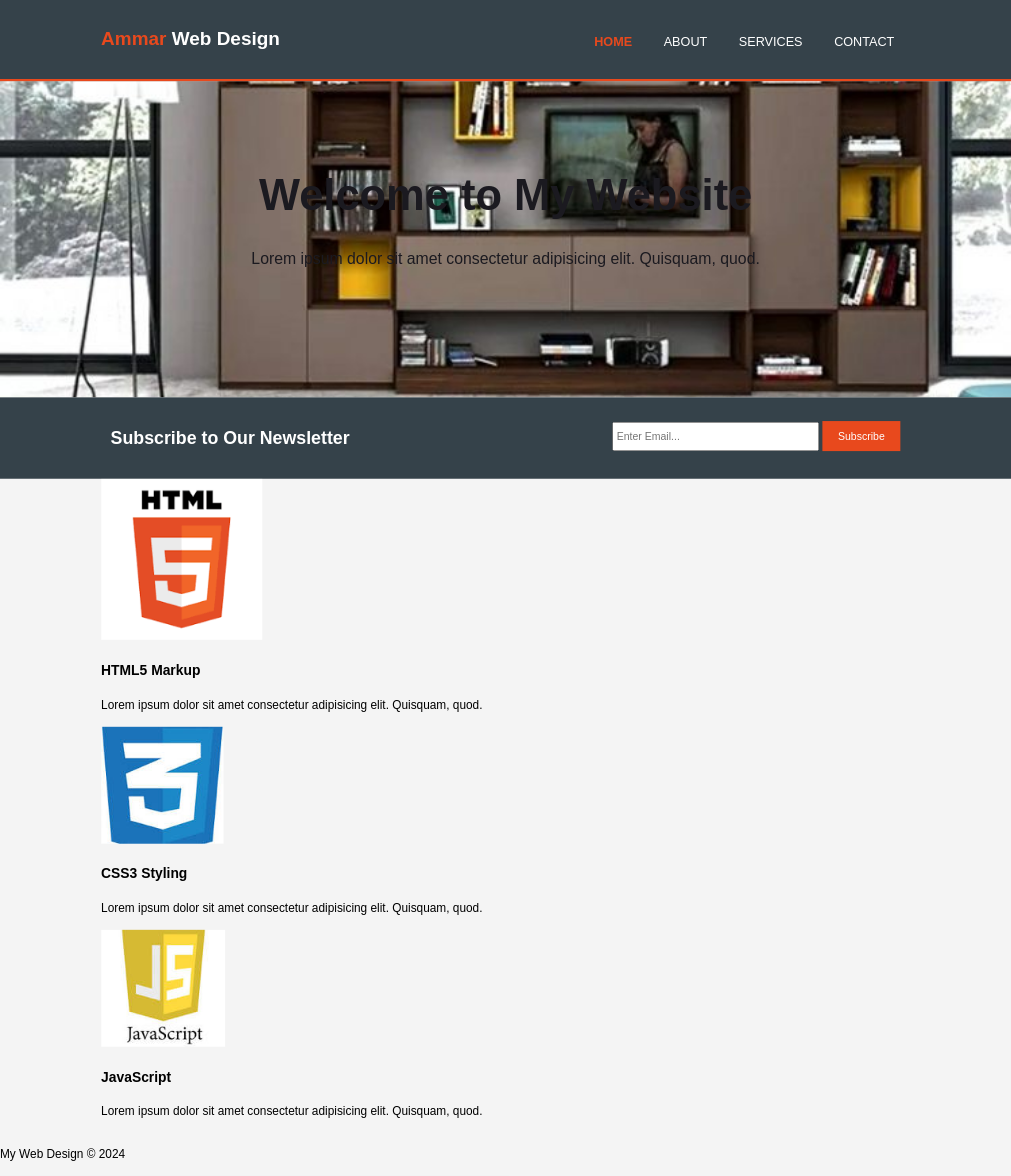
Repository: aobeid1979/html-website
Page: index.html
The author's editor kept a copy of each file at every save. The page is drawn from the files as they stood at one save, then again after a run of saves.
The browser window is 1280 px wide. The pictures show the whole page, at 79% of full size.

Above is the page before, as saved 2024-05-03 11:42:30.

After the next 6 saves:
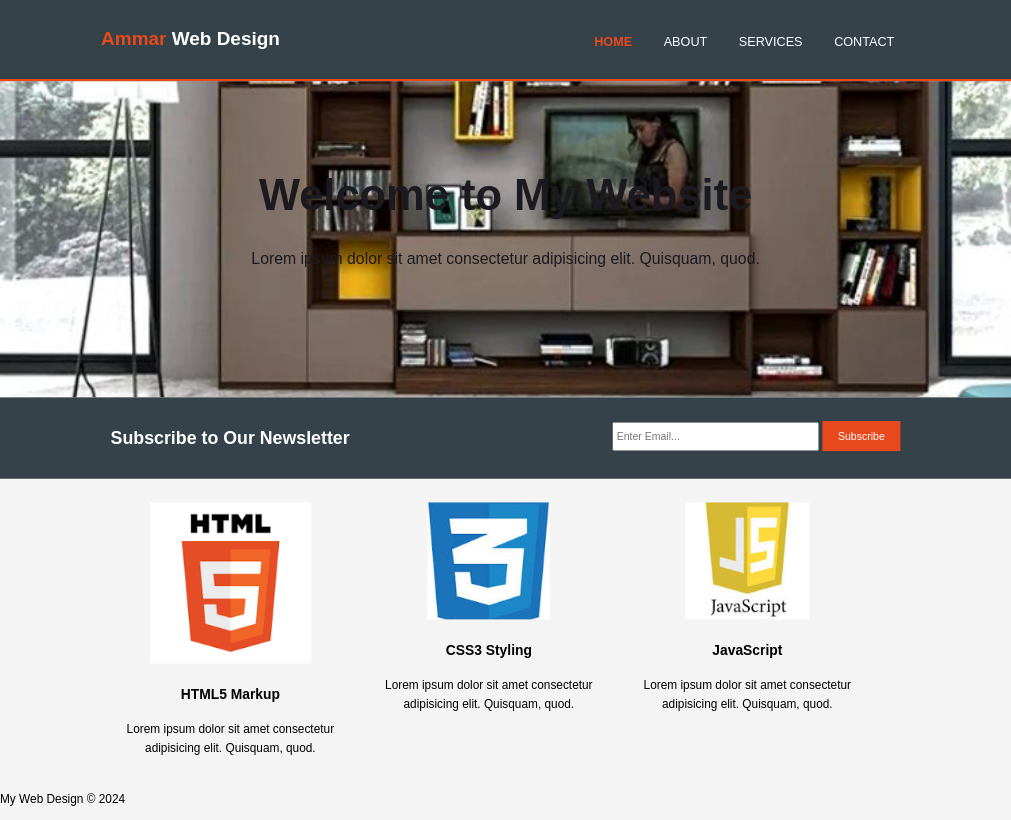
The 6 saves are shown as one change because they came seconds apart.
The last was saved 18 s later.
--- a/css/style.css
+++ b/css/style.css
@@ -120,3 +120,14 @@
     background: #cccccc;
     color: #1b1a20;
 }
+
+#boxes{
+    margin-top: 20px;
+}
+
+#boxes .box{
+    float: left;
+    text-align: center;
+    width: 30%;
+    padding: 10px;
+}
